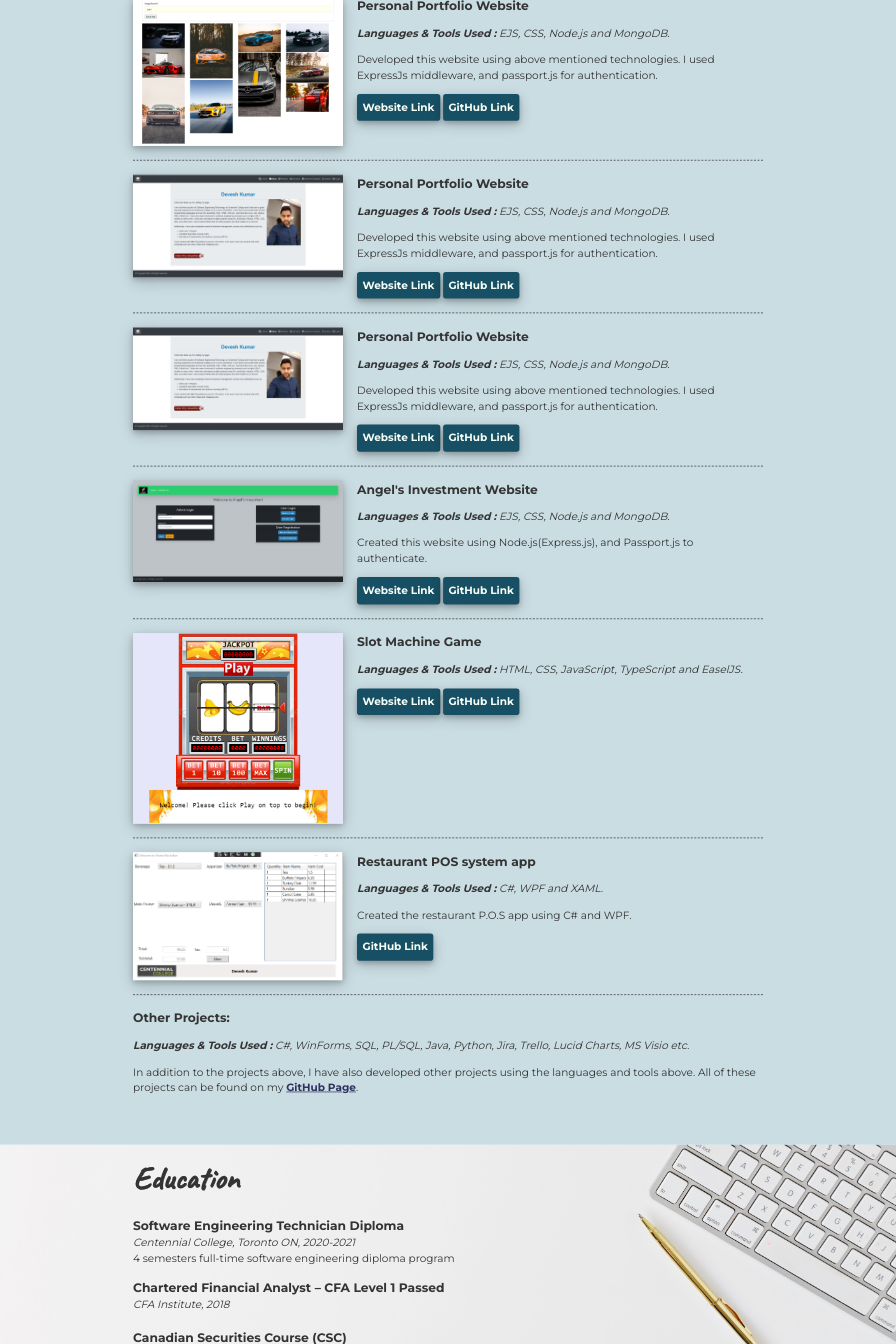
Repository: My-Web-Page/MyWebPage
Page: index.html
These files come from the project's save history. The page is drawn as it stood at one moment and after the next save; the edit follows.
The browser window is 1280 px wide. The pictures show the part of the page from y = 1628 to 3548 px (the page is 4727 px tall before and 4755 px after), at 70% of full size.
Some web libraries are served in a nearby version.

Above is the page before, as saved 2021-09-06 22:51:35.

After the next save:
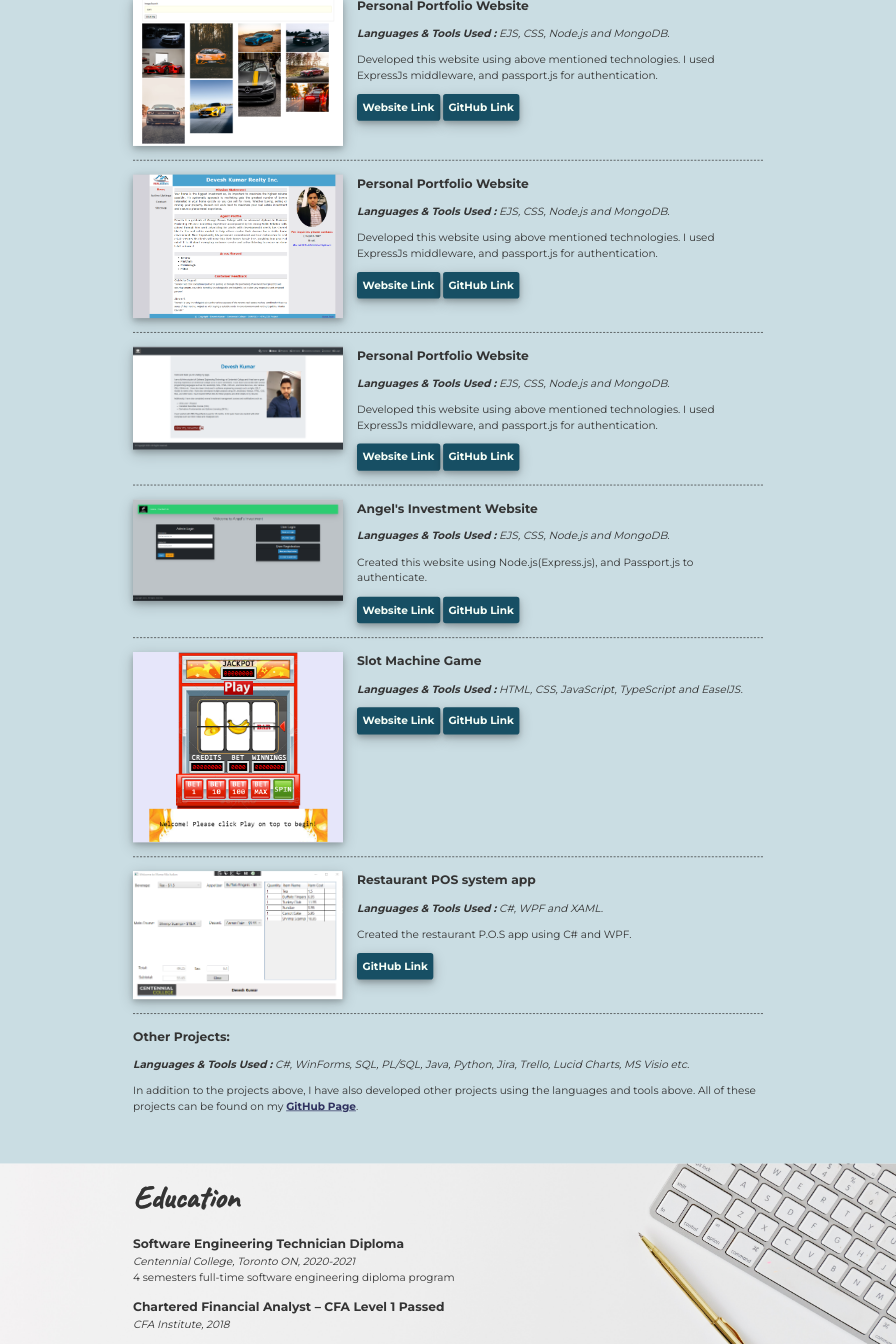
Saved 23 s later.
--- a/index.html
+++ b/index.html
@@ -115,7 +115,7 @@
                 </section>
                 <!-- Project d -->
                 <section class="project-item clearfix">
-                    <img class="project-image" src="./assets/images/assignment_2.png" alt="Portfolio Assignment Using Node.js, Bootstrap, EJS and MongoDB">
+                    <img class="project-image" src="./assets/images/realEstate.png" alt="Portfolio Assignment Using Node.js, Bootstrap, EJS and MongoDB">
                     <h3>Personal Portfolio Website</h3>
                     <p> <strong>Languages & Tools Used :</strong> EJS, CSS, Node.js and MongoDB.</p>
                     <p>Developed this website using above mentioned technologies. I used ExpressJs middleware, and passport.js for authentication.
